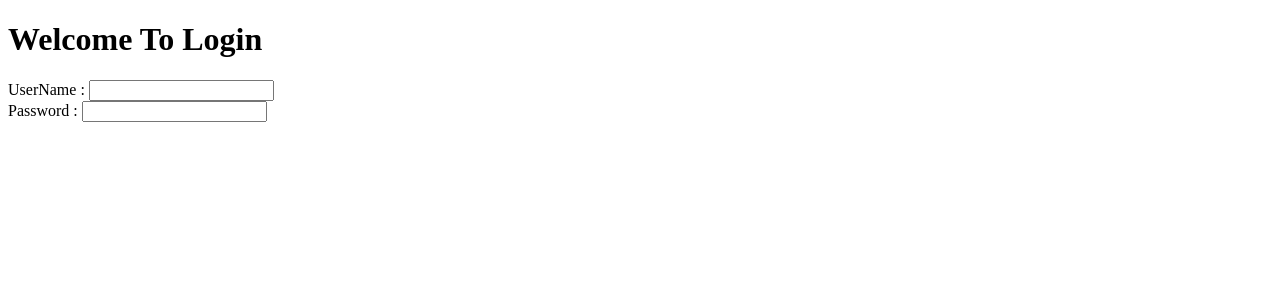
Repository: hitu-1995/reg14_spring_boot
Page: http://localhost/15-Spring-Boot-MVC-Project/login.jsp
These files come from the project's save history. The page is drawn as it stood at one moment and after the next save; the edit follows.
The browser window is 1280 px wide. The pictures show the whole page.
The page is served by Tomcat 9. Other server files are loaded and not shown.

Above is the page before, as saved 2024-02-16 10:48:04.

### 15-Spring-Boot-MVC-Project/src/main/webapp/login.jsp
<%@ page language="java" contentType="text/html; charset=ISO-8859-1"
    pageEncoding="ISO-8859-1"%>
<!DOCTYPE html>
<html>
<head>
<meta charset="ISO-8859-1">
<title>Insert title here</title>
</head>
<body>
 <h1>Welcome To Login </h1>
  <form action="log">

       <label>UserName : </label>
       <input type="text" name="uname"><br>
       <label>Password : </label>
       <input type="text" name="pass"><br>

  </form>
</body>
</html>

After the next save:
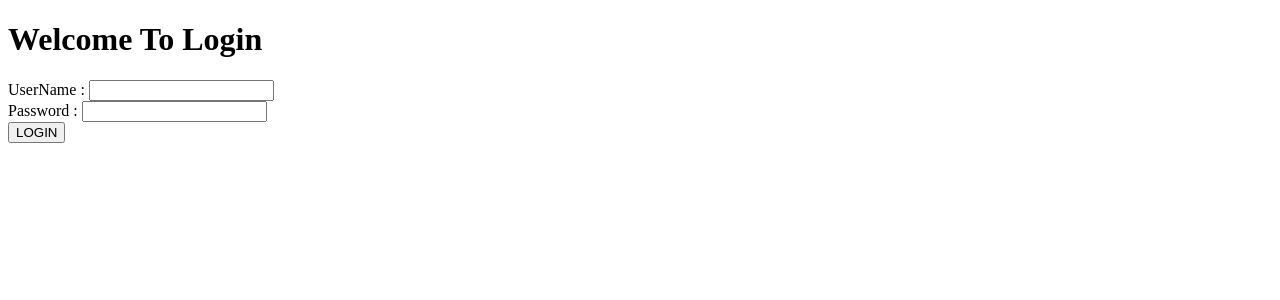
Saved 34 s later.
--- a/15-Spring-Boot-MVC-Project/src/main/webapp/login.jsp
+++ b/15-Spring-Boot-MVC-Project/src/main/webapp/login.jsp
@@ -14,7 +14,7 @@
        <input type="text" name="uname"><br>
        <label>Password : </label>
        <input type="text" name="pass"><br>
-
+       <input type="submit" value="LOGIN">
   </form>
 </body>
 </html>
